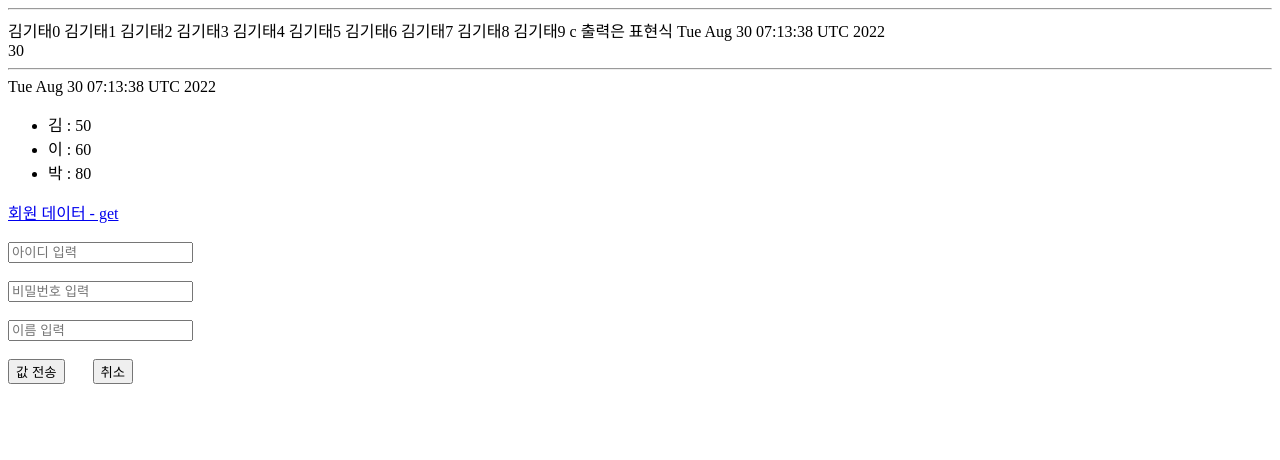
Repository: okgunyang/jsp
Page: http://localhost/practice01/
An editor plug-in stored every save of this project. The page is shown before and after the next save, followed by the edit.
The browser window is 1280 px wide. The pictures show the whole page.
The page is served by Tomcat 9.

Above is the page before, as saved 2022-10-14 05:23:13.

After the next save:
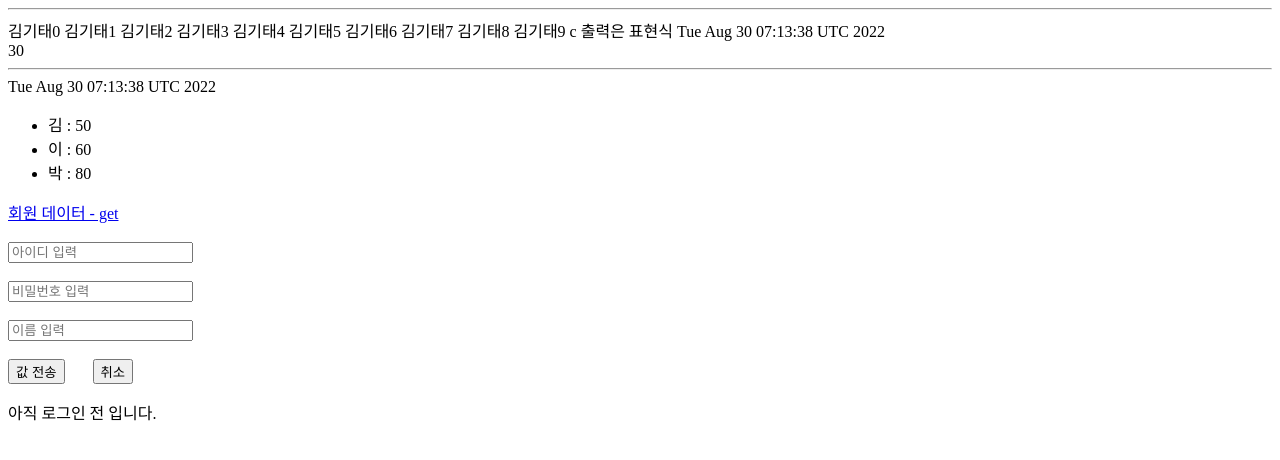
Saved 31 s later.
--- a/practice01/WebContent/index.jsp
+++ b/practice01/WebContent/index.jsp
@@ -71,6 +71,10 @@ String msg = request.getParameter("msg");
 %>
 		id : <%=id %>
 <%
+	} else {
+%>
+	<p>아직 로그인 전 입니다.</p>
+<%
 	}
 %>
 </div>
